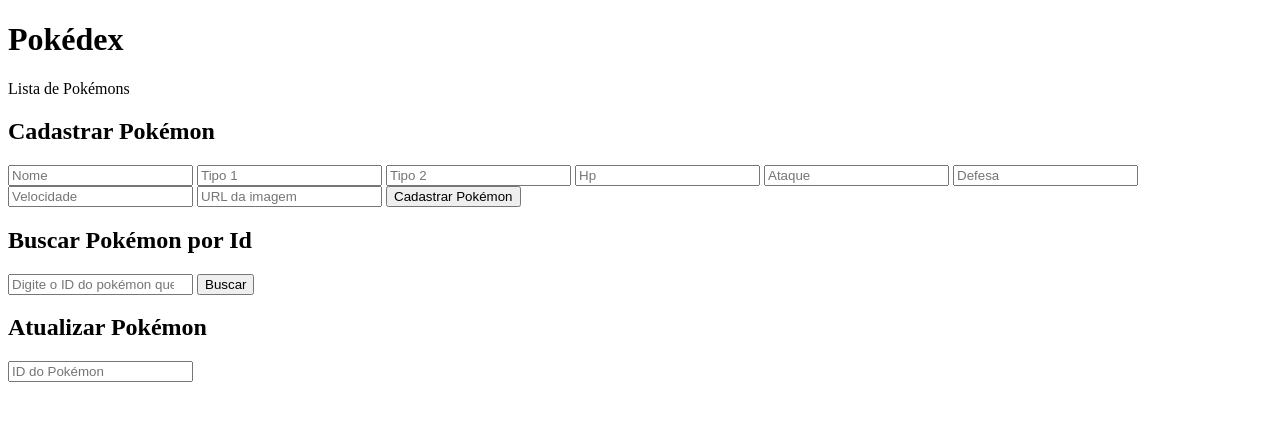
Repository: arthurSchgg/pokedex
Page: front-end/index.html
An editor plug-in stored every save of this project. The page is shown before and after a run of saves, followed by the edit.
The browser window is 1280 px wide. The pictures show the whole page.
The page's requests for data from a server got no answer.

Above is the page before, as saved 2026-10-01 16:04:01.

### front-end/index.html
<!DOCTYPE html>
<html lang="pt-br">

<head>
    <meta charset="UTF-8">
    <meta name="viewport" content="width=device-width, initial-scale=1.0">
    <link rel="stylesheet" href="style.css">
    <title>Pokédex</title>
</head>

<body>

    <h1>Pokédex</h1>

    <div id="container-pokemon">Lista de Pokémons</div>

    <form id="pokemon-form">

        <h2>Cadastrar Pokémon</h2>

        <input id="nome" type="text" placeholder="Nome" required>

        <input id="tipo1" type="text" placeholder="Tipo 1" required>

        <input id="tipo2" type="text" placeholder="Tipo 2">

        <input id="hp" type="number" placeholder="Hp" required>

        <input id="ataque" type="number" placeholder="Ataque" required>

        <input id="defesa" type="number" placeholder="Defesa" required>

        <input id="velocidade" type="number" placeholder="Velocidade" required>

        <input id="imagem_url" type="text" placeholder="URL da imagem" required>

        <button type="submit">Cadastrar Pokémon</button>

    </form>


    <div>
        <h2>Buscar Pokémon por Id</h2>

        <input
            type="number"
            id="id"
            placeholder="Digite o ID do pokémon que deseja buscar"
        >

        <button id="buscar-pokemon">Buscar</button>
    </div>

    <div id="pokemon-buscado"></div>

    <div>
        <h2>Atualizar Pokémon</h2>

        <form id="pokemon-update-form">
            <input
                type="number"
                id="update-id"
                placeholder="ID do Pokémon"
                required
            >
        </form>
    </div>

    <script src="script.js"></script>
</body>

</html>

### front-end/script.js
const API_URL = "http://localhost:8181/v1/pokedex";

//Lista os pokemons
async function carregarPokemon() {
    try {
        const resposta = await fetch(`${API_URL}/listar`);

        if (!resposta.ok) {
            throw new Error(`Erro no servidor: ${resposta.status}`);
        }

        const pokemons = await resposta.json();

        console.log("Pokémons carregados:", pokemons);

        const container = document.getElementById("container-pokemon");

        pokemons.forEach(pokemon => {

            const card = document.createElement("div");

            card.innerHTML = `
                <h2>${pokemon.nome}</h2>

                <img src="${pokemon.imagemUrl}" alt="${pokemon.nome}">

                <p>ID: ${pokemon.id}</p>

                <p>Tipo: ${pokemon.tipo1}</p>

                <p>HP: ${pokemon.hp}</p>

                <p>Ataque: ${pokemon.ataque}</p>

                <p>Defesa: ${pokemon.defesa}</p>

                <p>Velocidade: ${pokemon.velocidade}</p>

            `;

            container.appendChild(card);
        });

    } catch (erro) {
        console.error("Erro ao buscar pokémons na linha do fetch:", erro);
    }
}

carregarPokemon();


//Cadastra um novo pokémon
const formulario = document.getElementById("pokemon-form");

formulario.addEventListener("submit", async (event) => {

    event.preventDefault();

    const pokemon = {

        nome: document.getElementById("nome").value,

        tipo1: document.getElementById("tipo1").value,

        tipo2: document.getElementById("tipo2").value,

        hp: Number(document.getElementById("hp").value),

        ataque: Number(document.getElementById("ataque").value),

        defesa: Number(document.getElementById("defesa").value),

        velocidade: Number(document.getElementById("velocidade").value),

        imagemUrl: document.getElementById("imagem_url").value
    }

    try {
        const resposta = await fetch(
            "http://localhost:8181/v1/pokedex/cadastrar",
            {
                method: "POST",

                headers: {
                    "Content-Type": "application/json"
                },

                body: JSON.stringify(pokemon)
            }
        );

        if(!resposta.ok){
            throw new Error("Erro ao cadastrar Pokémon");
        }

        const pokemonCadastrado = await resposta.json();

        console.log("Pokémon cadastrado: " + pokemonCadastrado);

        alert("Pokémon cadastrado com sucesso!");

        formulario.reset();
    } catch (erro){
        console.error("Erro: " , erro);

        alert("Não foi possível cadastrar o Pokémon.")
    }
});

//Busca um pokémon pelo seu ID

const botaoBuscar = document.getElementById("buscar-pokemon");

botaoBuscar.addEventListener("click", async () => {

    const id = document.getElementById("id").value;

    if(!id){
        alert("Digite um ID.");
        return;
    }

    try {
        const resposta = await fetch(`${API_URL}/${id}`);

        if(!resposta.ok){
            throw new Error(`Pokémon não encontrado. Status: ${resposta.status}`);
        }

        const pokemon = await resposta.json();

        console.log("Pokémon encontrado: ", pokemon);

        const container = document.getElementById("pokemon-buscado");

        container.innerHTML = `
            <div class="card-pokemon">

                <h2>${pokemon.nome}</h2>

                <img
                    src="${pokemon.imagemUrl}"
                    alt="${pokemon.nome}"
                >

                <p>Tipo 1: ${pokemon.tipo1}</p>
                <p>Tipo 2: ${pokemon.tipo2 || "Nenhum"}</p>

                <p>HP: ${pokemon.hp}</p>
                <p>Ataque: ${pokemon.ataque}</p>
                <p>Defesa: ${pokemon.defesa}</p>
                <p>Velocidade: ${pokemon.velocidade}</p>

            </div>
        `;
    } catch(erro){
        console.error("Erro ao buscar o Pokémon: ", erro);

        alert("Pokémon não encontrado");
    }

});

Loaded but not shown: front-end/style.css (no stored copy; drawn as an empty file)

After the next 2 saves:
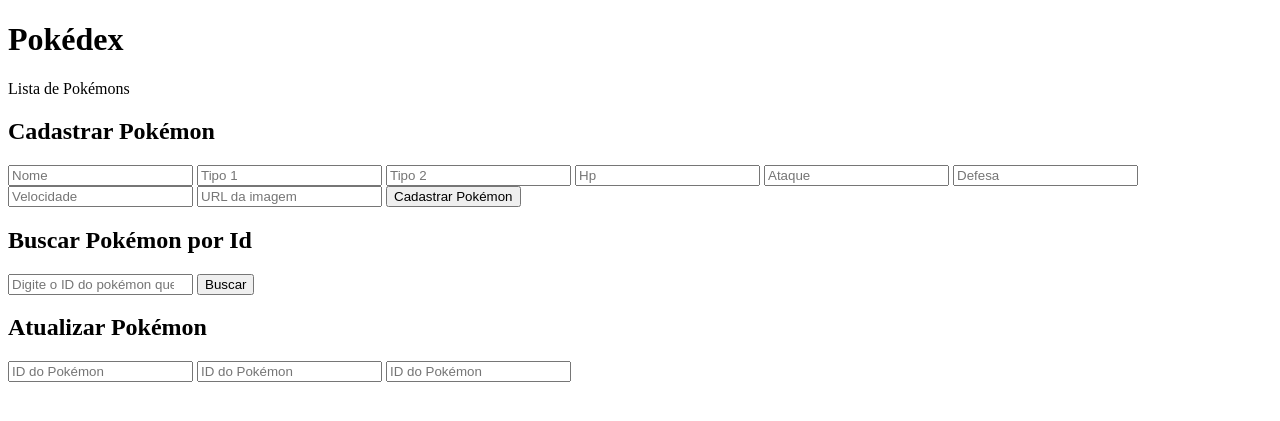
The 2 saves are shown as one change because they came seconds apart.
The last was saved 8 s later.
--- a/front-end/index.html
+++ b/front-end/index.html
@@ -63,6 +63,20 @@
                 placeholder="ID do Pokémon"
                 required
             >
+
+            <input
+                type="number"
+                id="update-id"
+                placeholder="ID do Pokémon"
+                required
+            >
+
+            <input
+                type="number"
+                id="update-id"
+                placeholder="ID do Pokémon"
+                required
+            >
         </form>
     </div>
 
